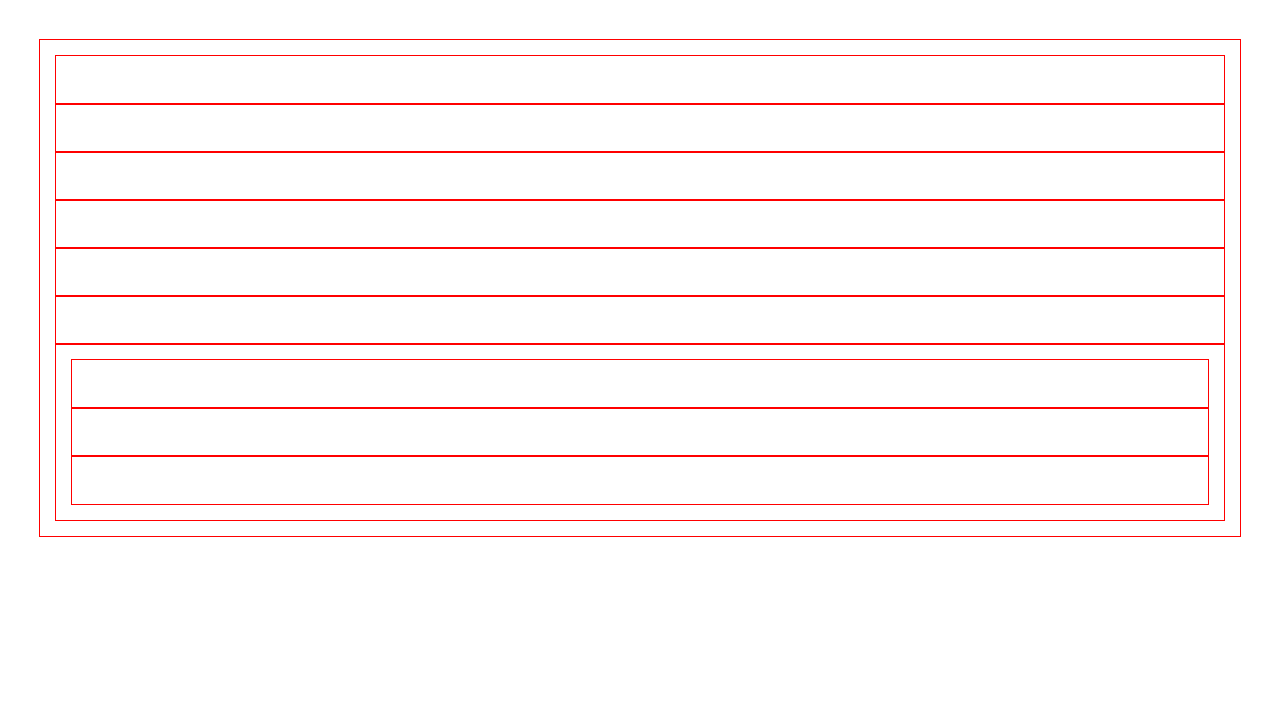
Repository: JacobSkilling-dot/Project1-Blog
Page: Week3-Blog.html
These files come from the project's save history. The page is drawn as it stood at one moment and after the next save; the edit follows.
The browser window is 1280 px wide. The pictures show the whole page.

Above is the page before, as saved 2023-01-18 15:14:47.

### Week3-Blog.html
<!DOCTYPE html>
<html lang="en">
<head>
    <meta charset="UTF-8">
    <meta http-equiv="X-UA-Compatible" content="IE=edge">
    <meta name="viewport" content="width=device-width, initial-scale=1.0">
    <title>Website Template</title>
    <link rel="stylesheet" href="style.css">
</head>
<body>
    <div class="main-content">
    <div class="logo"></div>
        <div class="search-bar"></div>
        <div class="social1"></div>
        <div class="social2"></div>
        <div class="social3"></div>
        <div class="pages"></div>

        <div class="images">
        <div class="large-img1"></div>
        <div class="large-img2"></div>
        <div class="large-img3"></div>
        </div>


        </style>
    </div>

</body>
</html>

### style.css
* {
    outline: 1px solid rgb(255, 0, 0);
    padding: 1rem;
    min-height: 1rem;
}

html, body, grammarly-desktop-integration {
    outline: none;
}

After the next save:
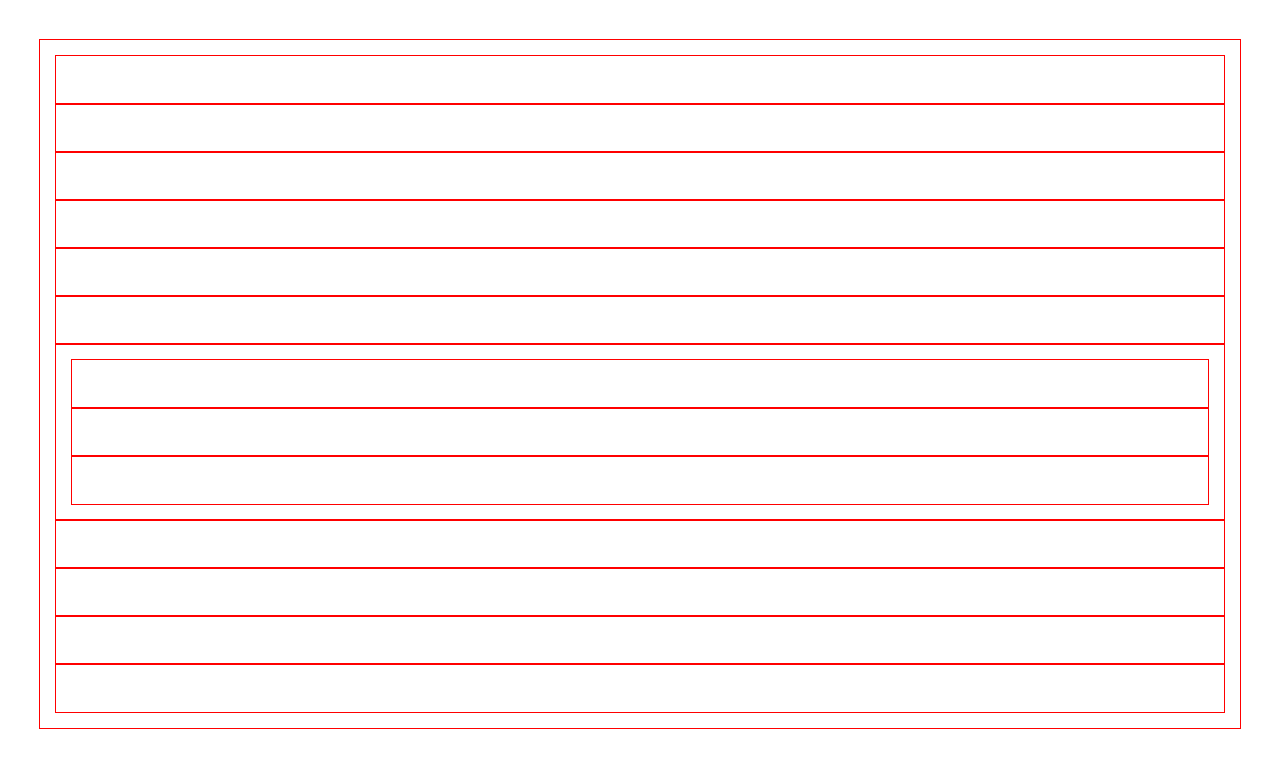
Saved 38 min 49 s later.
--- a/Week3-Blog.html
+++ b/Week3-Blog.html
@@ -22,6 +22,14 @@
         <div class="large-img3"></div>
         </div>
 
+        <div class="header1"></div>
+        <div class="body-text1"></div>
+
+
+        <div class="header2"></div>
+        <div class="body-text2"></div>
+        </div>
+
 
         </style>
     </div>
